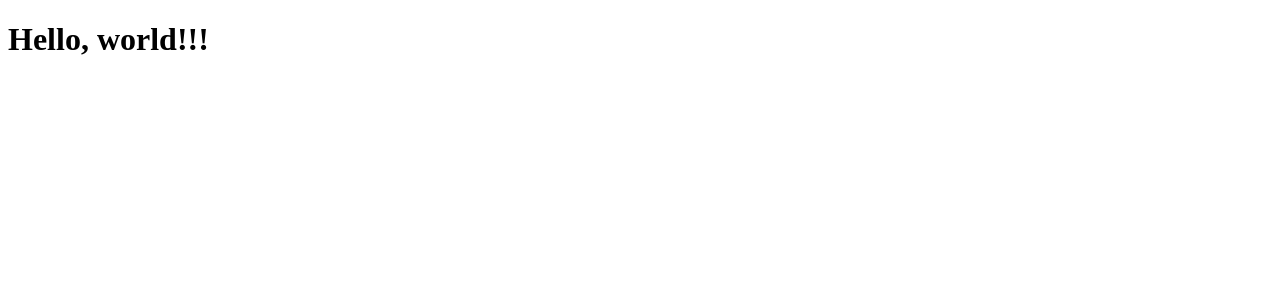
Repository: crobbitkent/webStudy
Page: http://localhost/w1/
These files come from the project's save history. The page is drawn as it stood at one moment and after the next save; the edit follows.
The browser window is 1280 px wide. The pictures show the whole page.
The page is served by Tomcat 9.

Above is the page before, as saved 2021-01-15 06:31:17.

### w1/WebContent/index.jsp
<%@ page language="java" contentType="text/html; charset=UTF-8"
    pageEncoding="UTF-8"%>
<!DOCTYPE html>
<html>
<head>
<meta charset="UTF-8">
<title>Hello, world from Mingyu</title>
</head>
<body>
	<h1>Hello, world!!!</h1>
</body>
</html>

After the next save:
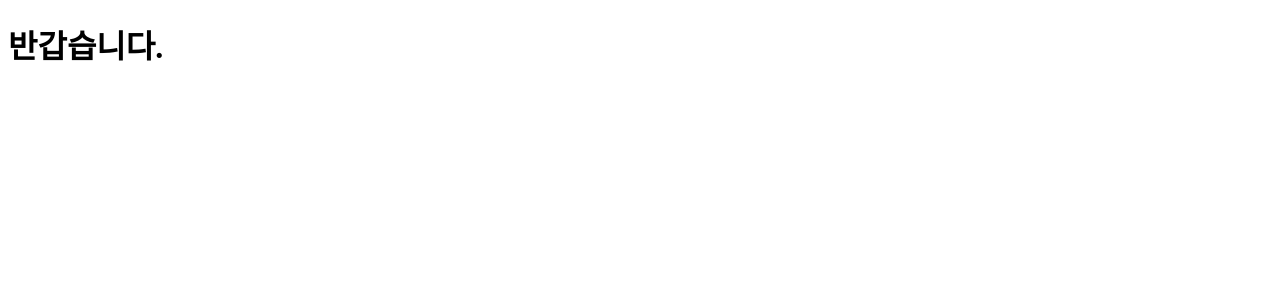
Saved 23 s later.
--- a/w1/WebContent/index.jsp
+++ b/w1/WebContent/index.jsp
@@ -7,6 +7,6 @@
 <title>Hello, world from Mingyu</title>
 </head>
 <body>
-	<h1>Hello, world!!!</h1>
+	<h1>반갑습니다.</h1>
 </body>
 </html>
